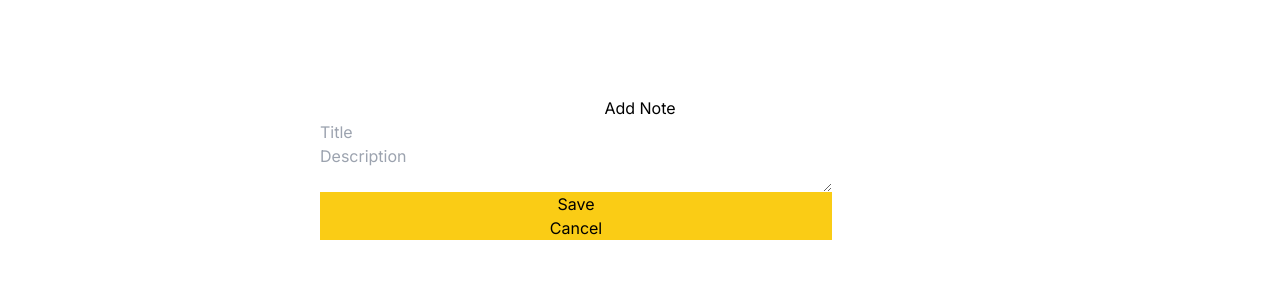
Repository: drumsmanku/next-and-nest-note-taker
Page: / (app in client/), after clicking the first element matching `button`
These files come from the project's save history. The page is drawn as it stood at one moment and after the next save; the edit follows.
The browser window is 1280 px wide. The pictures show the whole page.
The page's requests for data from a server got no answer. The project was rebuilt for these pictures with package versions that can differ from the ones it lists, and the page was loaded fresh each time. The framework's server and built-in components were replaced by stand-ins that run in the browser. No one was signed in, and anything a server would have sent is missing. Also part of the build but not shown: client/next.config.mjs.

Above is the page before, as saved 2024-03-14 12:41:12.

After the next save:
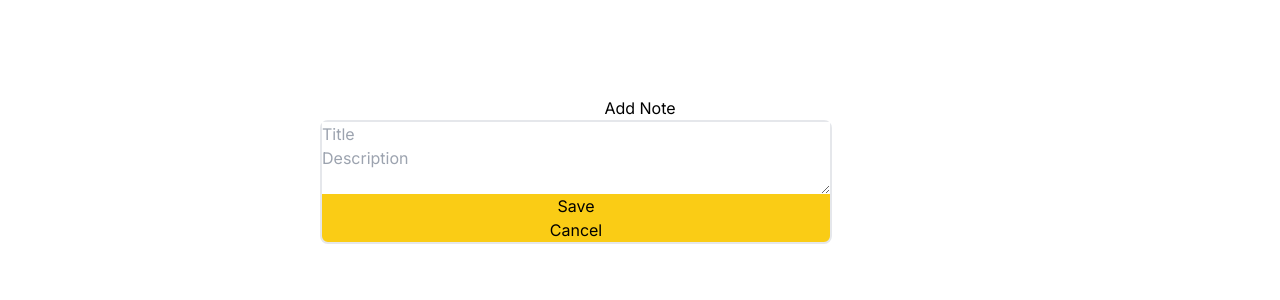
Saved 15 s later.
--- a/client/app/components/NotesComponent.tsx
+++ b/client/app/components/NotesComponent.tsx
@@ -77,7 +77,7 @@ const NotesComponent: React.FC = () => {
       <button  onClick={() => setShowCreatePopup(true)}>Add Note</button>
       <div className='flex flex-col w-[50%]'>
         {showCreatePopup && (
-          <div className='flex flex-col w-[80%]  bg-yellow-400'>
+          <div className='flex flex-col w-[80%] border-2 rounded-lg  bg-yellow-400'>
             <input
               type="text"
               placeholder="Title"
